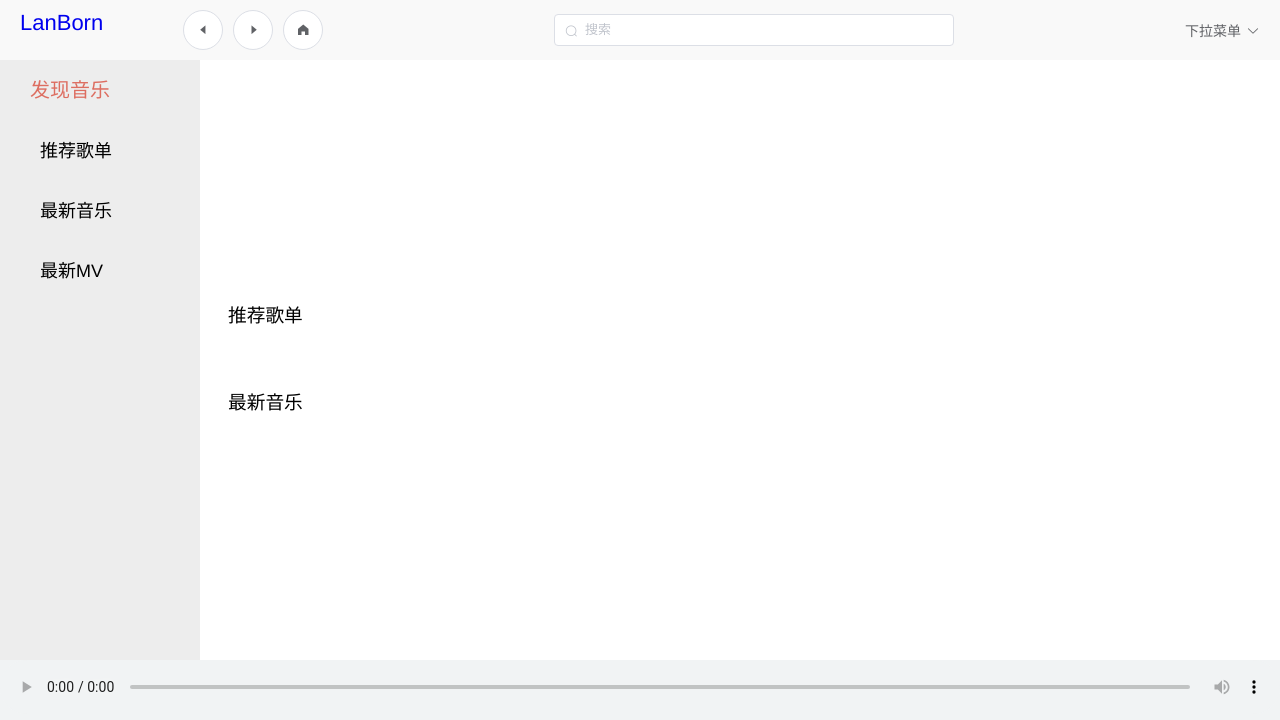
Repository: Lanborn/cloud_music
Page: /
An editor plug-in stored every save of this project. The page is shown before and after the next save, followed by the edit.
The browser window is 1280 px wide. The pictures show the whole page.
The page's requests for data from a server got no answer. An inner scrolling area shows only its first screen. The project was rebuilt for these pictures with package versions that can differ from the ones it lists, and the page was loaded fresh each time. No one was signed in, and anything a server would have sent is missing. Also part of the build but not shown: vue.config.js, src/components/playlists.vue, src/components/songs.vue, src/components/mvs.vue, src/components/result.vue, src/components/playlist.vue, src/components/mv.vue.

Above is the page before, as saved 2021-12-11 00:31:18.

After the next save:
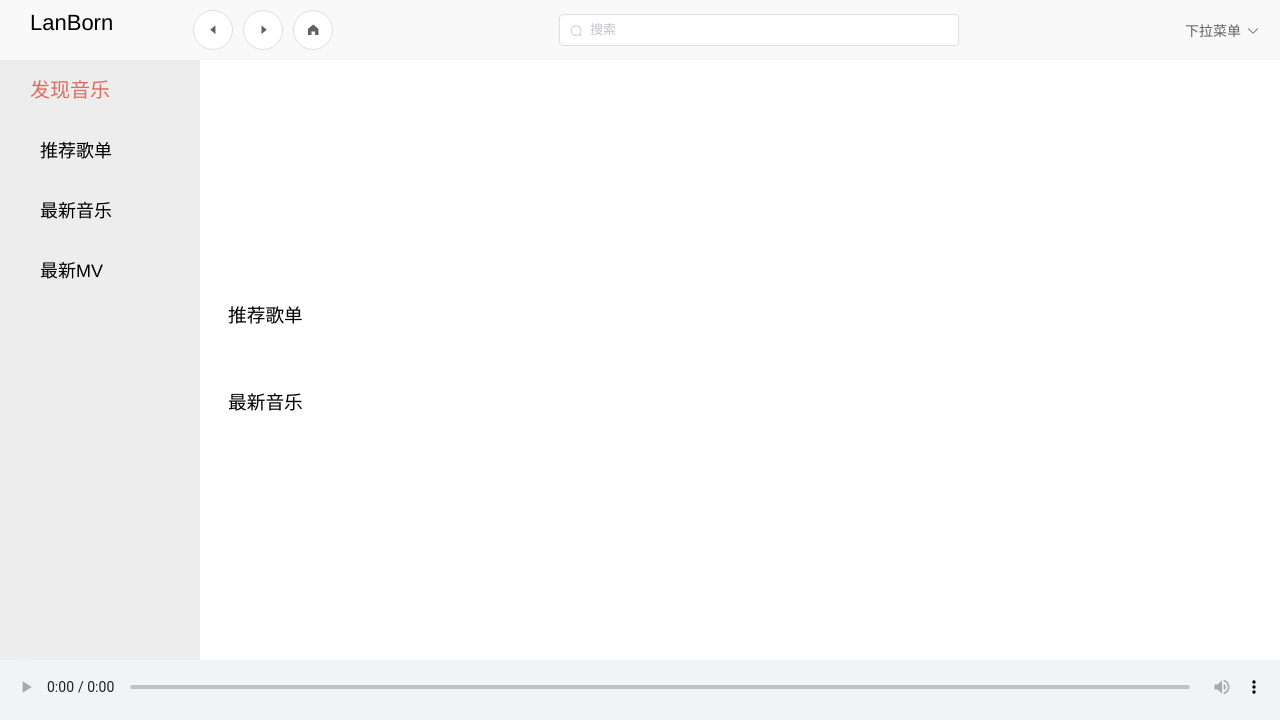
Saved 7 s later.
--- a/src/views/top.vue
+++ b/src/views/top.vue
@@ -118,10 +118,10 @@ export default {
   font-size: 22px;
   color: black;
 }
-/* .left-box a {
+.left-box a {
   margin-left: 10px;
   font-size: 22px;
   color: black;
-} */
+}
 
 </style>
